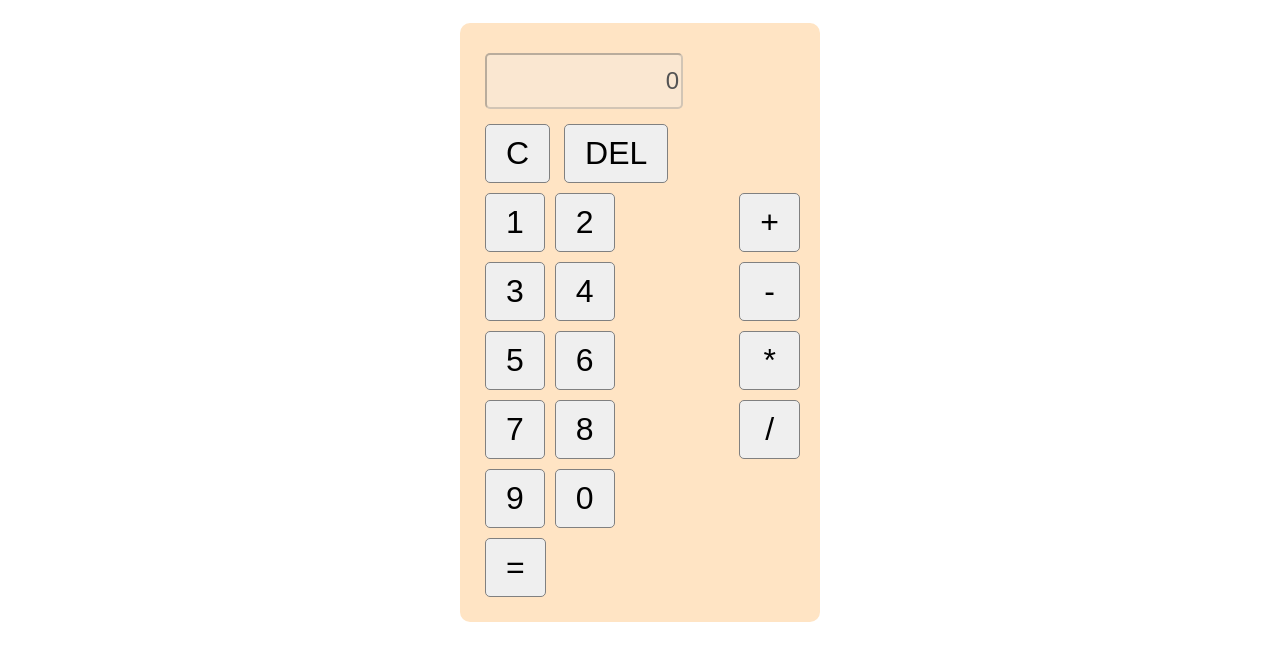
Repository: jaskeat/Calculator
Page: index.html
An editor plug-in stored every save of this project. The page is shown before and after the next save, followed by the edit.
The browser window is 1280 px wide. The pictures show the whole page.

Above is the page before, as saved 2024-09-05 13:22:31.

### index.html
<!DOCTYPE html>
<html lang="en">
	<head>
		<meta charset="UTF-8" />
		<meta name="viewport" content="width=device-width, initial-scale=1.0" />
		<title>Calculator</title>
		<link rel="stylesheet" href="style.css" />
	</head>
	<body>
		<div class="calculator">
			<div class="display">
				<input type="text" class="display-input" value="0" disabled />
			</div>

			<div class="extrabtn">
				<button class="btn" onclick="clearDisplay()">C</button>
				<button class="btn" onclick="deleteLast()">DEL</button>
			</div>

			<div class="buttons">
				<div class="operators">
					<button class="btn" onclick="append('+')">+</button>
					<button class="btn" onclick="append('-')">-</button>
					<button class="btn" onclick="append('*')">*</button>
					<button class="btn" onclick="append('/')">/</button>
				</div>

				<div class="numbers">
					<button class="btn" onclick="append('1')">1</button>
					<button class="btn" onclick="append('2')">2</button>
					<button class="btn" onclick="append('3')">3</button>
					<button class="btn" onclick="append('4')">4</button>
					<button class="btn" onclick="append('5')">5</button>
					<button class="btn" onclick="append('6')">6</button>
					<button class="btn" onclick="append('7')">7</button>
					<button class="btn" onclick="append('8')">8</button>
					<button class="btn" onclick="append('9')">9</button>
					<button class="btn" onclick="append('0')">0</button>
					<button class="btn" onclick="calculate()">=</button>
				</div>
			</div>
		</div>
		<script src="script.js"></script>
	</body>
</html>

### style.css
body {
	display: flex;
	justify-content: center;
	align-items: center;
}

.calculator {
	width: 320px;
	max-width: 600px;
	height: auto;
	margin: 15px;
	padding: 20px;
	background-color: bisque;
	border-radius: 10px;
}

button {
	border-radius: 5px;
	border: 1px grey solid;
	font-size: 1.3rem;
}

button:hover {
	background-color: lightgrey;
	cursor: pointer;
}

input {
	width: 190px;
	height: 50px;
	font-size: 1.5rem;
	text-align: right;
	border-radius: 5px;
	margin: 10px 5px;
}

.operators {
	display: flex;
	flex-direction: column;
	width: auto;
}

.operators button {
	width: auto;
	height: auto;
	margin: 5px 0;
}

.numbers {
	display: flex;
	flex-wrap: wrap;
	height: auto;
	width: 150px;
}

.buttons {
	display: flex;
	flex-direction: row-reverse;
	justify-content: space-between;
	font-size: 2rem;
}

.btn {
	font-size: 2rem;
	padding: 10px 20px;
	margin: 5px;
}

Loaded but not shown: script.js (no copy from this time; the picture is the same without it)

After the next save:
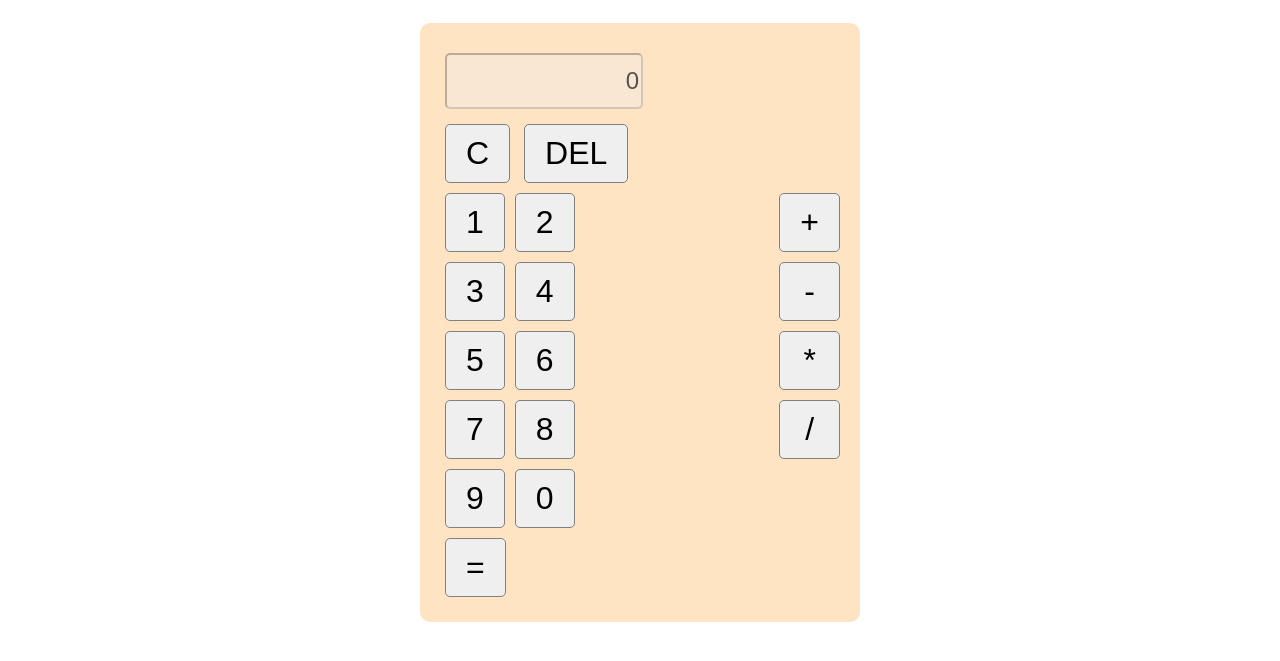
Saved 4 s later.
--- a/style.css
+++ b/style.css
@@ -5,7 +5,7 @@ body {
 }
 
 .calculator {
-	width: 320px;
+	width: 400px;
 	max-width: 600px;
 	height: auto;
 	margin: 15px;
